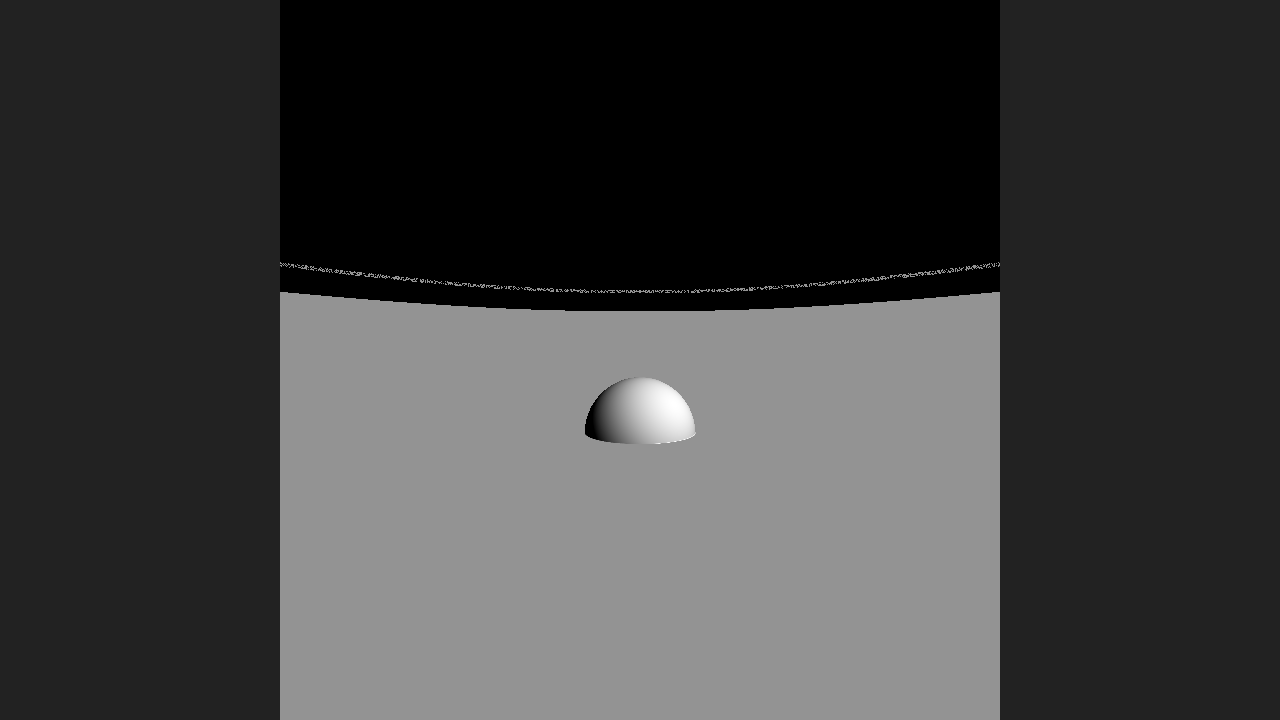
Repository: fakebrianho/50daysofshaders
Page: index.html
These files come from the project's save history. The page is drawn as it stood at one moment and after the next save; the edit follows.
The browser window is 1280 px wide. The pictures show the whole page.

Above is the page before, as saved 2022-03-03 07:41:28.

### index.html
<!DOCTYPE html>
<html lang="en">
<head>
  <meta charset="UTF-8">
  <meta http-equiv="X-UA-Compatible" content="IE=edge">
  <meta name="viewport" content="width=device-width, initial-scale=1.0">
  <title>Kaleidoscope</title>
  <link rel='stylesheet' href='base.css'>
  <link rel='stylesheet' href='styles.css'>
</head>
<body>
  <!-- <section> -->
    <div class='canvas-holder'>
      <canvas width='100' height='100'></canvas>
    </div>
  <!-- </section> -->

</body>
<script src="CCapture.all.min.js"></script>
<script src='glslcanvas.min.js'></script>
<script src='frag.js'></script>
<script src='day2.js'></script>
<script src='day3.js'></script>
<script src='day4.js'></script>
<script src='day5.js'></script>
<script src='day6.js'></script>
<script src='day7.js'></script>
<script src='day8.js'></script>
<script src='day9.js'></script>
<script src='day10.js'></script>
<script src='day30.js'></script>
<script src='canvas.js'></script>
</html>

### base.css
html, body, div, span, applet, object, iframe,
h1, h2, h3, h4, h5, h6, p, blockquote, pre,
a, abbr, acronym, address, big, cite, code,
del, dfn, em, img, ins, kbd, q, s, samp,
small, strike, strong, sub, sup, tt, var,
b, u, i, center,
dl, dt, dd, ol, ul, li,
fieldset, form, label, legend,
table, caption, tbody, tfoot, thead, tr, th, td,
article, aside, canvas, details, embed,
figure, figcaption, footer, header, hgroup,
menu, nav, output, ruby, section, summary,
time, mark, audio, video {
  margin: 0;
  padding: 0;
  border: 0;
  font-size: 100%;
  font: inherit;
  vertical-align: baseline;
}

article, aside, details, figcaption, figure,
footer, header, hgroup, menu, nav, section {
  display: block;
}
body {
  line-height: 1;
}
ol, ul {
  list-style: none;
}
blockquote, q {
  quotes: none;
}
blockquote:before, blockquote:after,
q:before, q:after {
  content: '';
  content: none;
}
table {
  border-collapse: collapse;
  border-spacing: 0;
}

img, iframe {
  vertical-align: bottom;
  max-width: 100%;
}

input, textarea, select {
  font: inherit;
}

* {
  -webkit-box-sizing: border-box;
  -moz-box-sizing: border-box;
  box-sizing: border-box;
  -webkit-font-smoothing: antialiased;
  -moz-osx-font-smoothing: grayscale;
  text-rendering: optimizeLegibility;
}

### styles.css
html, body{
  height: 100%;
}

@font-face {
  font-family: 'Sprat';
  src: url(sprat.woff2);
}

@keyframes inhale {
  0%{
    font-variation-settings: 'wght' 20, 'wdth' 120;
    opacity: 0.5;
  }
  100%{
    font-variation-settings: 'wght' 100, 'wdth' 120;
    opacity: 1.0;
  }
}
@keyframes exhale {
  0%{
    font-variation-settings: 'wght' 100, 'wdth' 120;
    opacity:1.0;
  }
  100%{
    font-variation-settings: 'wght' 20, 'wdth' 120;
    opacity:0.5;
  }
}
@keyframes throb {
  0%{
    transform: translate(-50%, -50%) scale(1);
  }
  100%{
    transform: translate(-50%, -50%) scale(1.05);
  }

}
body{
  font-family: Sprat;
  font-size: 16px;
  line-height: 1;
  background-color: #222222;
  color: #ffffff;
}

section {
  height: 100%;
  display: flex;
  align-items: center;
  justify-content: space-around;
  font-size: 9vmin;
  text-align: center;
}

section div{
  width: 5em;

}

section div.inhale{
  animation: inhale 5s infinite alternate;
}

section div.exhale{
  animation: exhale 5s infinite alternate;
}

div.canvas-holder{
  position: fixed;
  top: 0;
  left: 0;
  height: 100vh;
  width: 100%;
}

div.canvas-holder canvas{
  position: fixed;
  left: 50%;
  top: 50%;
  transform: translate(-50%, -50%);
}

### day7.js
const day08_00 =`
#ifdef GL_ES
precision highp float;
#endif

uniform float u_time;
uniform vec2 u_resolution;

varying vec3 v_normal;
varying vec2 v_texcoord;

float fade(float x) { return x * x * x * (x * (x * 6. - 15.) + 10.); }

float phash(float p)
{
    p = fract(7.8233139 * p);
    p = ((2384.2345 * p - 1324.3438) * p + 3884.2243) * p - 4921.2354;
    return fract(p) * 2. - 1.;
}

float noise(float p)
{
    float ip = floor(p);
    float fp = fract(p);
    float d0 = phash(ip     ) *  fp;
    float d1 = phash(ip + 1.) * (fp - 1.);
    return mix(d0, d1, fade(fp));
}

void main(void)
{
    vec2 uv = vec2(v_texcoord);
    float movement = u_time * 0.3;
    float movement2 = sin(uv.y * 13.) * u_time * 0.2;
//    uv.y += sin(uv.y) + cos(u_time);
    uv.x += movement2;
    uv.x *= 15.0;
    float f = fract(uv.x) * 10.;
    float p = gl_FragCoord.x * 10. / u_resolution.x;
    p += u_time * 2. - 10.;
    gl_FragColor = vec4(f);
}`

### day30.js
const mistyGrid1 = `
#ifdef GL_ES
precision highp float;
#endif

uniform float u_time;
uniform vec2 u_resolution;
uniform vec2 mouse;
uniform vec3 spectrum;

varying vec3 v_normal;
varying vec2 v_texcoord;

mat2 rot(float a){
    float ca = cos(a);
    float sa = sin(a);
    return mat2(ca, sa, -sa, ca);
}

vec3 fractal(vec3 p){
    for(float i = 0.0; i < 5.0; i++){
        float t = u_time+i;
        p.xy *= rot(t);
        p.yz *= rot(t*0.7);
        p=abs(p);
        p-=0.3;
    }
    return p;
}

float sphSDF(vec3 p, float r){
    return length(p) - r;
}

float sdBox(vec3 p, vec3 s){
    p=abs(p)-s;
    return max(p.x, max(p.y, p.z));
}



float map(vec3 p){
    vec3 p2 = fractal(p);
    float sphere = sphSDF(p2, 1.0);
    return sphere;
}

//practice box
// float sdBox(vec3 p, vec3 s){
//      p = abs(p) - s;
//      return max(p.x, max(p.y, p.z));
//}
float counter = 0.;
void main(void)
{
    vec2 uv = -1. + 2. * v_texcoord;
    uv.x *= u_resolution.x / u_resolution.y;

    vec3 s = vec3(0.0, 0.0, -10.0);
    vec3 r = normalize(vec3(-uv, 1.0));
    vec3 p = s;
    // float i = 0.;
    for(float i = 0.; i < 100.; i++){
        float d=map(p);
        counter = i;
        if(d<0.001){
            break;
        }
        p+=r*d;
    }

    vec3 color = vec3(0.0);
    color += pow(1.-counter/101.0, 8.);
    gl_FragColor = vec4(color,
        1.0);
}`

const mistyGrid2 = `
#ifdef GL_ES
precision highp float;
#endif

uniform float u_time;
uniform vec2 u_resolution;
uniform vec2 mouse;
uniform vec3 spectrum;

varying vec3 v_normal;
varying vec2 v_texcoord;

mat2 rot(float a){
    float ca = cos(a);
    float sa = sin(a);
    return mat2(ca, sa, -sa, ca);
}

vec3 fractal(vec3 p){
    for(float i = 0.0; i < 5.0; i++){
        float t = u_time+i;
        p.xy *= rot(t);
        p.yz *= rot(t*0.7);
        p=abs(p);
        p-=0.3;
    }
    return p;
}

float sphSDF(vec3 p, float r){
    return length(p) - r;
}

float sdBox(vec3 p, vec3 s){
    p=abs(p)-s;
    return max(p.x, max(p.y, p.z));
}



float map(vec3 p){
    vec3 p2 = fractal(p);
    float sphere = sphSDF(p2, 1.0);
    float box = sdBox(p2, vec3(1.0, 0.3, 4.0));
    return box;
}

//practice box
// float sdBox(vec3 p, vec3 s){
//      p = abs(p) - s;
//      return max(p.x, max(p.y, p.z));
//}

float counter = 0.0;
void main(void)
{
    vec2 uv = -1. + 2. * v_texcoord;
    uv.x *= u_resolution.x / u_resolution.y;

    vec3 s = vec3(0.0, 0.0, -10.0);
    vec3 r = normalize(vec3(-uv, 1.0));
    vec3 p = s;
    // float i = 0.;
    for(float i = 0.; i < 100.; i++){
        counter = i;
        float d=map(p);
        if(d<0.001){
            break;
        }
        p+=r*d;
    }

    vec3 color = vec3(0.0);
    color += pow(1.-counter/101.0, 8.);
    gl_FragColor = vec4(color,
        1.0);
}`

const mistyGrid3=`
#ifdef GL_ES
precision highp float;
#endif

uniform float u_time;
uniform vec2 u_resolution;
uniform vec2 mouse;
uniform vec3 spectrum;

varying vec3 v_normal;
varying vec2 v_texcoord;

mat2 rot(float a){
    float ca = cos(a);
    float sa = sin(a);
    return mat2(ca, sa, -sa, ca);
}

vec3 fractal(vec3 p){
    for(float i = 0.0; i < 5.0; i++){
        float t = u_time*0.2+i;
        p.xy *= rot(t);
        p.yz *= rot(t*0.7);

        float dist = 10.0;
        p=(fract(p/dist-.5)-.5)*dist;
        p=abs(p);
        p-=1.;
    }
    return p;
}

float sphSDF(vec3 p, float r){
    return length(p) - r;
}

float sdBox(vec3 p, vec3 s){
    p=abs(p)-s;
    return max(p.x, max(p.y, p.z));
}



float map(vec3 p){
    vec3 p2 = fractal(p);
    float sphere = sphSDF(p2, 1.0);
    float box = sdBox(p2, vec3(1.0, 0.3, 4.0));
    box = max(box, -length(p.xy)+15.);
    return box;
}

//practice box
// float sdBox(vec3 p, vec3 s){
//      p = abs(p) - s;
//      return max(p.x, max(p.y, p.z));
//}
float counter = 0.0;
void main(void)
{
    vec2 uv = -1. + 2. * v_texcoord;
    uv.x *= u_resolution.x / u_resolution.y;

    vec3 s = vec3(0.0, 0.0, -15.0);
    vec3 r = normalize(vec3(-uv, 1.0));
    vec3 p = s;
    // float i = 0.;
    for(float i = 0.; i < 100.; i++){
        counter = i;
        float d=map(p);
        if(d<0.001){
            break;
        }
        p+=r*d;
    }

    vec3 color = vec3(0.0);
    color += pow(1.-counter/101.0, 8.);
    gl_FragColor = vec4(color,
        1.0);
}`

const mistyGrid4 =`
#ifdef GL_ES
precision highp float;
#endif

uniform float u_time;
uniform vec2 u_resolution;
uniform vec2 mouse;
uniform vec3 spectrum;

varying vec3 v_normal;
varying vec2 v_texcoord;

mat2 rot(float a){
    float ca = cos(a);
    float sa = sin(a);
    return mat2(ca, sa, -sa, ca);
}
float fcounter = 0.;
vec3 fractal(vec3 p, float t){
    float s = 0.6 - exp(-fract(u_time)) * 0.4;
    for(float i = 0.0; i < 5.0; i++){
        // fcounter = i;
        float t2 = t+i;
        p.xy *= rot(t2);
        p.yz *= rot(t2*0.7);

        float dist = 10.0;
        p=(fract(p/dist-.5)-.5)*dist;
        p=abs(p);
        p-=s;
    }
    return p;
}

float sphSDF(vec3 p, float r){
    return length(p) - r;
}

float sdBox(vec3 p, vec3 s){
    p=abs(p)-s;
    return max(p.x, max(p.y, p.z));
}

float at = 0.;
float map(vec3 p){
    vec3 p2 = fractal(p, u_time*0.2);
    vec3 p3 = fractal(p+vec3(3.0, 0.0, 0.0), u_time*0.23);
//    float sphere = sphSDF(p2, 1.0);
    float box = sdBox(p2, vec3(1.0, 0.3, 4.0));
    float box2 = sdBox(p2, vec3(3.0, 2.0, 0.3));
    float d = max(abs(box), abs(box2))-0.1;

    float f = p.z + u_time*4.0;
    p.x += sin(f*0.1)*4.0;
    p.y += sin(f*0.33)*4.0;
    d = max(d, -length(p.xy)+3.0);
    at += 0.3/(0.13+d);
//    vec3 col = vec3(p.x, p.y, 0.0);
//    d = smoothstep(d, 1.0, p.z);
//    float f = mix(d, 0.0, p.y - 2.0);
//    float q = mix(d, 1.0, -p.x);
//    d = mix(d, 1.0, p.x);
//    return min(f, q);
    return d;
}
float counter = 0.;
void main(void)
{
    vec2 uv = -1. + 2. * v_texcoord;
    uv.x *= u_resolution.x / u_resolution.y;

    vec3 s = vec3(0.0, 0.0, -1.0);
    vec3 r = normalize(vec3(-uv, 1.0));
    vec3 p = s;
    float i = 0.;
    float _d = 0.;

    for(float i = 0.; i < 100.; i++){
        counter = i;
        float d=abs(map(p));
        _d = d;
        if(d<0.001){
        d = 0.1;
//            break;
        }
        p+=r*d;
    }

    vec3 color = vec3(0.0);
//    vec3 col = vec3(p.x, p.y, 1.0);
//    color += pow(1.-counter/100.0, 8.);
    color += at * 0.01 * vec3(1.0, 0.5, 0.3);
//    color = mix(color, col, _d);
//    color *= col;
    gl_FragColor = vec4(color,
        1.0);
}`
/*------------------------------
Block
------------------------------*/
// float sdfBox(float p, float s){
//     p = abs(p) - s;

//     return max(p.x, max(p.y, pz));


// }

// mat2 rot (float a){
//     float ca = cos(a);
//     float sa = sin(a);
//     return mat2(ca, sa, -sa, ca);
// }

const mistyGrid5 = `#ifdef GL_ES
precision highp float;
#endif

uniform float u_time;
uniform vec2 u_resolution;
uniform vec2 mouse;
uniform vec3 spectrum;

varying vec3 v_normal;
varying vec2 v_texcoord;

mat2 rot(float a){
    float ca = cos(a);
    float sa = sin(a);
    return mat2(ca, sa, -sa, ca);
}

vec3 fractal(vec3 p, float t){
    float s = 0.8 - exp(-fract(u_time * 0.25)) * 0.6;
//    s = 0.8;
    for(float i = 0.0; i < 5.0; i++){
        float t2 = t+i;
        p.xy *= rot(t2);
        p.yz *= rot(t2*0.7);

        float dist = 10.0;
        p=(fract(p/dist-.5)-.5)*dist;
        p=abs(p);
        p-=s;
    }
    return p;
}

float sphSDF(vec3 p, float r){
    return length(p) - r;
}

float sdBox(vec3 p, vec3 s){
    p=abs(p)-s;
    return max(p.x, max(p.y, p.z));
}

float at = 0.;
float at2 = 0.;
float map(vec3 p){

    vec3 shapeP = p;
    p.xy *= rot(sin(p.z + u_time)*0.3);
    p.yz *= rot(cos(p.z*0.03)*0.1);
    float t = u_time*0.3;
    vec3 p2 = fractal(p, t*0.2);
    vec3 p3 = fractal(p+vec3(3.0, 0.0, 0.0), t*0.23);
//    float sphere = sphSDF(p2, 1.0);
    float box = sdBox(p2, vec3(1.0, 1.3, 4.0));
    float box2 = sdBox(p2, vec3(3.0, 0.7, 0.4));

    float d = max(abs(box), abs(box2))-0.2;
    float dist = 1.0;
    vec3 p4 = (fract(p2/dist-0.5)-.5)*dist;
    float box3 = sdBox(p4, vec3(0.4 ));
//    d = max(d, -box3);
//    d = d - box3*0.4;

    float f = p.z + u_time*4.0;
    p.x += sin(f*0.05)*6.0;
    p.y += sin(f*0.12)*4.0;
    d = max(d, -length(p.xy)+10.0);
    at += 0.13/(0.13+abs(d));

    float box4 = length(shapeP.xy) - 10.0;
    at2 += 0.13/(0.13+abs(box4));

    return d;
}


void cam(inout vec3 p){
    float t = u_time*0.3;
    p.yz *= rot(t);
    p.zx *= rot(t*1.2);
}


void main(void)
{
    vec2 uv = vec2(gl_FragCoord.x / u_resolution.x, gl_FragCoord.y/u_resolution.y);
    uv -= 0.5;
    uv /= vec2(u_resolution.y/ u_resolution.x, 1.0);
//    vec2 uv = -1. + 2. * v_texcoord;
//    uv.x *= u_resolution.x / u_resolution.y;

    vec3 s = vec3(0.0, 0.0, -20.0);
    vec3 r = normalize(vec3(-uv, 1.0));
    cam(s);
    cam(r);
    vec3 p = s;
    float i = 0.;
    float _d = 0.;

    for(i = 0.; i < 80.; i++){
        float d=abs(map(p));
        _d = d;
        if(d<0.001){
        d = 0.1;
//            break;
        }
        p+=r*d;
    }

    vec3 color = vec3(0.0);
//    vec3 col = vec3(p.x, p.y, 1.0);
//    color += pow(1.-i/100.0, 8.);
    vec3 sky = mix(vec3(1.0, 0.5, 0.3), vec3(0.2, 1.5, 0.7), pow(abs(r.z),14.0));
    sky = mix(sky, vec3(0.4, 0.5, 1.7), pow(abs(r.y),8.0));

    float brightness = 0.122;
    color += pow(at2 * brightness, 2.0) * sky;
//    color += pow(at * brightness, 2.0) * sky;
    color += sky * 0.2;

    gl_FragColor = vec4(color,
        1.0);
}`

const mistyGrid6 = `#ifdef GL_ES
precision highp float;
#endif

uniform float u_time;
uniform vec2 u_resolution;
uniform vec2 mouse;
uniform vec3 spectrum;

varying vec3 v_normal;
varying vec2 v_texcoord;

mat2 rot(float a){
    float ca = cos(a);
    float sa = sin(a);
    return mat2(ca, sa, -sa, ca);
}

vec3 fractal(vec3 p, float t){
    float s = 0.8 - exp(-fract(u_time * 0.25)) * 0.6;
    s = 0.8;
    for(float i = 0.0; i < 5.0; i++){
        float t2 = t+i;
        p.xy *= rot(t2);
        p.yz *= rot(t2*0.7);

        float dist = 10.0;
        p=(fract(p/dist-.5)-.5)*dist;
        p=abs(p);
        p-=s;
    }
    return p;
}

float sphSDF(vec3 p, float r){
    return length(p) - r;
}

float sdBox(vec3 p, vec3 s){
    p=abs(p)-s;
    return max(p.x, max(p.y, p.z));
}

float at = 0.;
float at2 = 0.;
float map(vec3 p){

    vec3 shapeP = p;
    p.xy *= rot(sin(p.z * 0.13 + u_time * 0.1)*0.3);
    p.yz *= rot(sin(p.z*0.17)*0.1);
    float t = u_time*0.3;
    vec3 p2 = fractal(p, t*0.2);
    vec3 p3 = fractal(p+vec3(3.0, 0.0, 0.0), t*0.23);
    float box = sdBox(p2, vec3(1.0, 1.3, 4.0));
    float box2 = sdBox(p2, vec3(3.0, 0.7, 0.4));

    float d = max(abs(box), abs(box2))-0.2;
    float dist = 1.0;
    vec3 p4 = (fract(p2/dist-0.5)-.5)*dist;
    float box3 = sdBox(p4, vec3(0.4 ));
//    d = max(d, -box3);
//    d = d - box3*0.4;

    float f = p.z + u_time*4.0;
    p.x += sin(f*0.05)*6.0;
    p.y += sin(f*0.12)*4.0;
    d = max(d, -length(p.xy)+10.0);
    at += 0.13/(0.13+abs(d));

    float box4 = length(shapeP.xy) - 10.0;
    at2 += 0.13/(0.13+abs(box4));

    return d;
}


void cam(inout vec3 p){
    float t = u_time*0.3;
    p.yz *= rot(t);
    p.zx *= rot(t*1.2);
}


void main(void)
{
    vec2 uv = vec2(gl_FragCoord.x / u_resolution.x, gl_FragCoord.y/u_resolution.y);
    uv -= 0.5;
    uv /= vec2(u_resolution.y/ u_resolution.x, 1.0);

    vec3 s = vec3(0.0, 0.0, -20.0);
    vec3 r = normalize(vec3(-uv, 1.0));
    cam(s);
    cam(r);
    vec3 p = s;
    float i = 0.;
    float _d = 0.;

    for(i = 0.; i < 80.; i++){
        float d=abs(map(p));
        _d = d;
        if(d<0.001){
        d = 0.1;
//            break;
        }
        p+=r*d;
    }

    vec3 color = vec3(0.0);
    vec3 sky = mix(vec3(1.0, 0.5, 0.3), vec3(0.2, 1.5, 0.7), pow(abs(r.z),14.0));
    sky = mix(sky, vec3(0.4, 0.5, 1.7), pow(abs(r.y),8.0));

    float brightness = 0.122;
    color += pow(at2 * brightness, 2.0) * sky;
//    color += pow(at * brightness, 2.0) * sky;
    color += sky * 0.2;

    gl_FragColor = vec4(color,
        1.0);
}`

const practice3 = `
#ifdef GL_ES
precision highp float;
#endif

uniform float u_time;
uniform vec2 u_resolution;

varying vec3 v_normal;
varying vec2 v_texcoord;

mat2 rot(float a){
    float ca = cos(a);
    float sa = sin(a);
    return mat2(ca, sa, -sa, ca);
}

float sdfSphere(vec3 p, float r){
    return length(p) - r;
}

float sdfBox(vec3 p, vec3 s){
    p = abs(p) - s;
    return max(p.x, max(p.y, p.z));
}

float piece(vec3 p){
    for(float i = 0.0; i < 5.0; i++){
        float t1 = u_time*0.3*sin(i);
        p.xy *= rot(t1);
        // p-=0.4;
        p.zx *= rot(t1*0.3);
        // p-= 0.2;
        p=abs(p);
        p-=0.1+0.1*i;
    }
    float b = sdfBox(p, vec3(0.2));
    return b;
}

float map(vec3 p){
    // p.xz *= rot(u_time);
    // float s = sdfSphere(p+vec3(sin(u_time), 0.0, 0.0), 0.4);
    // float b1 = sdfBox(p+vec3(0.0, -1.0, -1.0), vec3(0.7));
    // return min(s, b1);
    float t = piece(p);
    return t;
}

vec3 norm(vec3 p){
    vec2 offset = vec2(0.01, 0.0);
    return normalize(map(p) - vec3(map(p - offset.xyy), map(p-offset.yxy), map(p-offset.yyx)));
}

float RayMarch(vec3 ro, vec3 rd){
    float d0 = 0.0;
    for(int i = 0; i < 100; i++){
        vec3 p = ro + rd * d0;
        float ds = map(p);
        d0 += ds;
        if(ds < 0.001){
            break;
        }
    }
    return d0;
}

void main(void){
    vec2 uv = -1. + 2. * v_texcoord;
    uv.x *= u_resolution.x / u_resolution.y;
    vec3 ro = vec3(0.0, 1.0, -5.0);
    vec3 rd = normalize(vec3(uv, 1.0));
    float d = RayMarch(ro, rd);
    vec3 p = ro + rd * d;
    vec3 n = norm(p);
    vec3 l = normalize(vec3(1.0, 1.0, -1.0));
    vec3 color = vec3(0.0);
    color += max(0.0, dot(n, l));
    gl_FragColor = vec4(color, 1.0);
}
`

const practice4 = `
#ifdef GL_ES
precision highp float;
#endif

uniform vec2 u_resolution;
uniform float u_time;

varying vec2 v_texcoord;
varying vec3 v_normal;

float sdSphere(vec3 p, float r){
    return length(p) - r;
}

float map(vec3 p){
    float ground = p.y;
    float s1 = sdSphere(p, 0.75);
    return min(s1, p.y);
}

vec3 norm(vec3 p){
    vec2 offset = vec2(0.01, 0.0);
    return normalize(map(p) - vec3(map(p - offset.xyy), map(p - offset.yxy), map(p - offset.yyx)));
}

float RayMarch(vec3 ro, vec3 rd){
    float d0 = 0.0;
    for(int i = 0; i < 100; i++){
        vec3 p = ro + rd * d0;
        float ds = map(p);
        d0+=ds;
        if(ds < 0.01){
            break;
        }
    }
    return d0;
}

void main(void){
    vec2 uv = -1. + 2. * v_texcoord;
    uv.x *= u_resolution.x / u_resolution.y;

    vec3 ro = vec3(0.0, 1.0, -5.0);
    vec3 rd = normalize(vec3(uv, 1.0));

    float d = RayMarch(ro, rd);
    vec3 p = ro + rd * d;
    vec3 n = norm(p);
    vec3 l = normalize(vec3(1.0, 1.0, -1.0));
    vec3 color = vec3(0.0);

    color += max(0.0, dot(n, l));
    gl_FragColor = vec4(color, 1.0);
}
`

### canvas.js
let framerate = 30;var capturer = new CCapture( {  format: 'webm',  framerate,  name: 'noise_visualization',  quality: 100,} );

const canvas = document.querySelector('div.canvas-holder canvas');
const sandbox = new GlslCanvas(canvas);

const calcSize = function () {
  console.log('asdf');
  let vw = window.innerWidth;
  let vh = window.innerHeight;
  let dpi = window.devicePixelRatio;

  let s = Math.min(vh, vw);

  canvas.width = s * dpi;
  canvas.height = s * dpi;
  canvas.style.width = s +'px';
  canvas.style.height = s +'px';

}
calcSize();

window.addEventListener('resize', calcSize);
sandbox.load(practice4);
sandbox.setUniform('image2', 'k3.jpg');
sandbox.setUniform('disp2', 'displacement1.jpg');
sandbox.setUniform('water', 'artem-militonian-UYW6FZLlnL8-unsplash.jpg');
sandbox.setUniform('image3', 'jb.jpg');
sandbox.setUniform('image4', 'j2.jpg');
sandbox.setUniform('jb', 'jb.jpg');
sandbox.setUniform('j2', 'j2.jpg');
sandbox.setUniform('fire', 'maxim-tajer-x3S1aGQNgro-unsplash.jpg')

Loaded but not shown: Ccapture.all.min.js (library); glslcanvas.min.js (library); frag.js (1573 lines, source omitted); day3.js (685 lines, source omitted); day6.js (503 lines, source omitted); day4.js (497 lines, source omitted); day9.js (468 lines, source omitted); day10.js (341 lines, source omitted); day2.js (313 lines, source omitted); day8.js (212 lines, source omitted); day5.js (109 lines, source omitted)

After the next save:
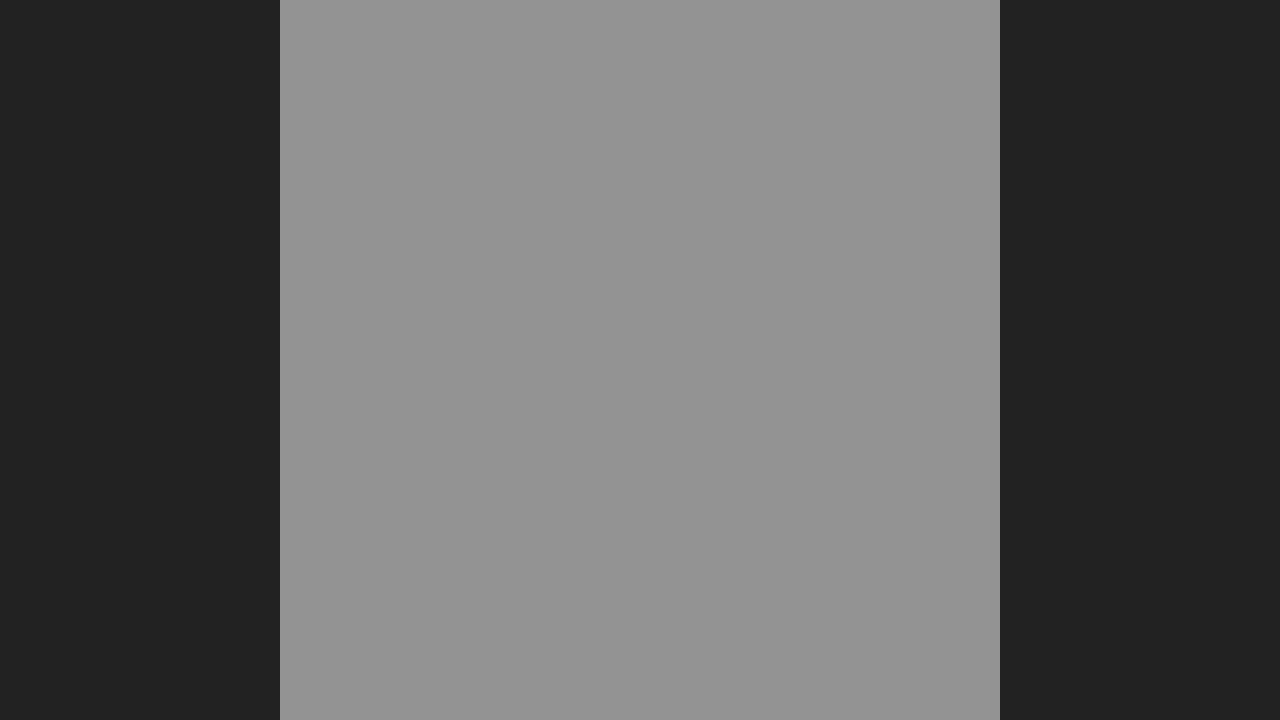
Saved 55 s later.
--- a/day30.js
+++ b/day30.js
@@ -696,7 +696,7 @@
 float map(vec3 p){
     float ground = p.y;
     float s1 = sdSphere(p, 0.75);
-    return min(s1, p.y);
+    return min(s1, p.y - 1.0);
 }
 
 vec3 norm(vec3 p){

After the save that followed:
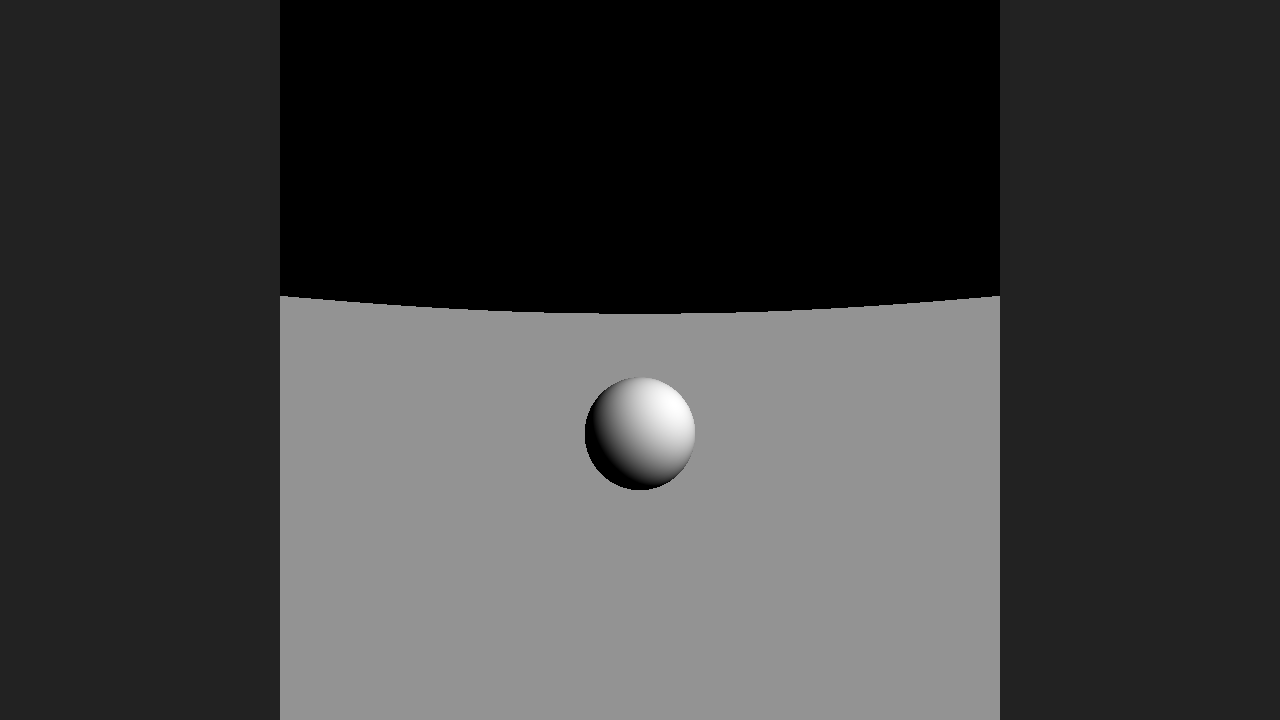
Saved 5 s later.
--- a/day30.js
+++ b/day30.js
@@ -696,7 +696,7 @@
 float map(vec3 p){
     float ground = p.y;
     float s1 = sdSphere(p, 0.75);
-    return min(s1, p.y - 1.0);
+    return min(s1, p.y + 1.0);
 }
 
 vec3 norm(vec3 p){
